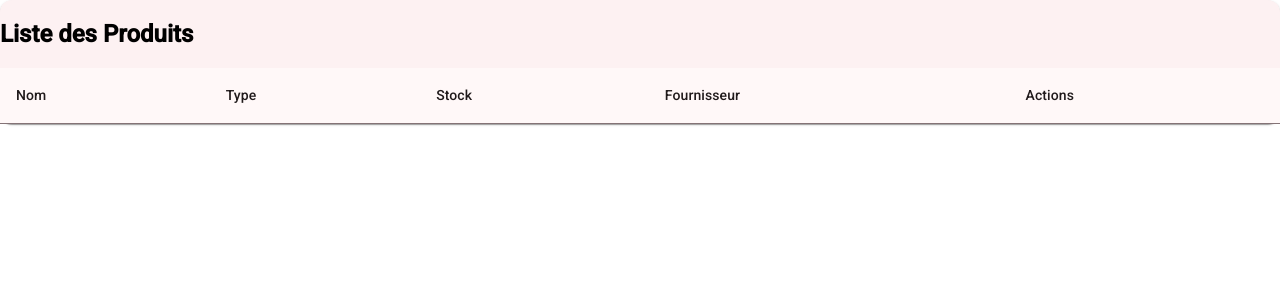
Repository: hadilXattia/Gestion_Production
Page: / (app in frontend-production/)
These files come from the project's save history. The page is drawn as it stood at one moment and after the next save; the edit follows.
The browser window is 1280 px wide. The pictures show the whole page.
The page's requests for data from a server got no answer. The project was rebuilt for these pictures with package versions that can differ from the ones it lists, and the page was loaded fresh each time. No one was signed in, and anything a server would have sent is missing. Also part of the build but not shown: frontend-production/angular.json, frontend-production/src/app/components/produit/ajouter-produit-dialog.component.ts, frontend-production/src/app/components/machine/machine.component.ts, frontend-production/src/app/services/machine.service.ts, frontend-production/src/app/components/technicien/technicien.component.ts, frontend-production/src/app/services/technicien.service.ts, frontend-production/src/app/components/ordre-fabrication/ordre-fabrication.component.ts, frontend-production/src/app/services/ordre-fabrication.service.ts and 2 more.

Above is the page before, as saved 2025-05-09 17:40:17.

### frontend-production/src/index.html
<!doctype html>
<html lang="en">
<head>
  <meta charset="utf-8">
  <title>FrontendProduction</title>
  <base href="/">
  <meta name="viewport" content="width=device-width, initial-scale=1">
  <link rel="icon" type="image/x-icon" href="favicon.ico">
  <link href="https://fonts.googleapis.com/css2?family=Roboto:wght@300;400;500&display=swap" rel="stylesheet">
  <link href="https://fonts.googleapis.com/icon?family=Material+Icons" rel="stylesheet">
</head>
<body class="mat-typography">
  <app-root></app-root>
</body>
</html>

### frontend-production/src/main.ts
import { bootstrapApplication } from '@angular/platform-browser';
import { AppComponent } from './app/app.component';
import { provideHttpClient } from '@angular/common/http';
import { importProvidersFrom } from '@angular/core';
import { FormsModule } from '@angular/forms';
import { provideRouter } from '@angular/router';
import { routes } from './app/app.routes';

bootstrapApplication(AppComponent, {
  providers: [
    provideHttpClient(),
    importProvidersFrom(FormsModule),
    provideRouter(routes)
  ]
});

### frontend-production/src/app/app.component.ts
import { Component } from '@angular/core';
import { RouterOutlet } from '@angular/router';

@Component({
  selector: 'app-root',
  imports: [RouterOutlet],
  templateUrl: './app.component.html',
  styleUrl: './app.component.css'
})
export class AppComponent {
  title = 'frontend-production';
}

### frontend-production/src/app/app.routes.ts
import { Routes } from '@angular/router';
import { ProduitComponent } from './components/produit/produit.component';
import { MachineComponent } from './components/machine/machine.component';
import { TechnicienComponent } from './components/technicien/technicien.component';
import { OrdreFabricationComponent } from './components/ordre-fabrication/ordre-fabrication.component';
import { MaintenanceComponent } from './components/maintenance/maintenance.component';

export const routes: Routes = [
  { path: 'produits', component: ProduitComponent },
  { path: 'machines', component: MachineComponent },
  { path: 'techniciens', component: TechnicienComponent },
  { path: 'ordres', component: OrdreFabricationComponent },
  { path: 'maintenances', component: MaintenanceComponent },
  { path: '', redirectTo: 'produits', pathMatch: 'full' },
  { path: '**', redirectTo: 'produits' }
];

### frontend-production/src/app/components/produit/produit.component.ts
import { Component, OnInit } from '@angular/core';
import { ProduitService } from '../../services/produit.service';
import { HttpClient } from '@angular/common/http';
import { NgFor ,CommonModule} from '@angular/common';
import { FormsModule } from '@angular/forms';
import { MatTableModule } from '@angular/material/table';
import { MatButtonModule } from '@angular/material/button';
import { MatFormFieldModule } from '@angular/material/form-field';
import { MatInputModule } from '@angular/material/input';
import { MatCardModule } from '@angular/material/card';
import { MatIconModule } from '@angular/material/icon';
import { AjouterProduitDialogComponent } from './ajouter-produit-dialog.component';

import { MatDialogModule, MatDialog } from '@angular/material/dialog';
@Component({
  selector: 'app-produit',
  standalone: true,
  imports: [NgFor,CommonModule, FormsModule,MatTableModule,
    MatButtonModule,
    MatFormFieldModule,
    MatDialogModule,
    MatInputModule,
    MatCardModule,
    MatIconModule],
  templateUrl: './produit.component.html',
  styleUrl: './produit.component.css'
})
export class ProduitComponent implements OnInit {
  produits: any[] = [];
  newProduit = {
    nom: '',
    type: '',
    stock: 0,
    fournisseur: ''
  };

constructor(private produitService: ProduitService, private dialog: MatDialog) {}
openAjouterDialog() {
  const dialogRef = this.dialog.open(AjouterProduitDialogComponent);

  dialogRef.afterClosed().subscribe(result => {
    if (result) {
      this.produitService.createProduit(result).subscribe(() => {
        this.loadProduits();
      });
    }
  });
}

  ngOnInit() {
    this.loadProduits();
  }

  loadProduits() {
    this.produitService.getProduits().subscribe(data => {
      this.produits = data;
    });
  }

  addProduit() {
    this.produitService.createProduit(this.newProduit).subscribe(() => {
      this.newProduit = { nom: '', type: '', stock: 0, fournisseur: '' };
      this.loadProduits();
    });
  }

  deleteProduit(id: number) {
    this.produitService.deleteProduit(id).subscribe(() => {
      this.loadProduits();
    });
  }
}

### frontend-production/src/app/components/produit/produit.component.html

<mat-card>
  <h2>Liste des Produits</h2>

  <table mat-table [dataSource]="produits" class="mat-elevation-z8" style="width: 100%;">
    <!-- Nom Column -->
    <ng-container matColumnDef="nom">
      <th mat-header-cell *matHeaderCellDef> Nom </th>
      <td mat-cell *matCellDef="let produit"> {{ produit.nom }} </td>
    </ng-container>

    <!-- Type Column -->
    <ng-container matColumnDef="type">
      <th mat-header-cell *matHeaderCellDef> Type </th>
      <td mat-cell *matCellDef="let produit"> {{ produit.type }} </td>
    </ng-container>

    <!-- Stock Column -->
    <ng-container matColumnDef="stock">
      <th mat-header-cell *matHeaderCellDef> Stock </th>
      <td mat-cell *matCellDef="let produit"> {{ produit.stock }} </td>
    </ng-container>

    <!-- Fournisseur Column -->
    <ng-container matColumnDef="fournisseur">
      <th mat-header-cell *matHeaderCellDef> Fournisseur </th>
      <td mat-cell *matCellDef="let produit"> {{ produit.fournisseur }} </td>
    </ng-container>

    <!-- Actions Column -->
    <ng-container matColumnDef="actions">
      <th mat-header-cell *matHeaderCellDef> Actions </th>
      <td mat-cell *matCellDef="let produit">
        <button mat-raised-button color="warn" (click)="deleteProduit(produit.id)">
          <mat-icon>delete</mat-icon> Supprimer
        </button>
      </td>
    </ng-container>

    <tr mat-header-row *matHeaderRowDef="['nom', 'type', 'stock', 'fournisseur', 'actions']"></tr>
    <tr mat-row *matRowDef="let row; columns: ['nom', 'type', 'stock', 'fournisseur', 'actions'];"></tr>
  </table>
</mat-card>

<!-- <mat-card class="mt-4">
  <h3>Ajouter un Produit</h3>
  <form (ngSubmit)="addProduit()" class="add-form">
    <mat-form-field appearance="outline" class="form-field">
      <mat-label>Nom</mat-label>
      <input matInput [(ngModel)]="newProduit.nom" name="nom" required>
    </mat-form-field>

    <mat-form-field appearance="outline" class="form-field">
      <mat-label>Type</mat-label>
      <input matInput [(ngModel)]="newProduit.type" name="type" required>
    </mat-form-field>

    <mat-form-field appearance="outline" class="form-field">
      <mat-label>Stock</mat-label>
      <input matInput type="number" [(ngModel)]="newProduit.stock" name="stock" required>
    </mat-form-field>

    <mat-form-field appearance="outline" class="form-field">
      <mat-label>Fournisseur</mat-label>
      <input matInput [(ngModel)]="newProduit.fournisseur" name="fournisseur" required>
    </mat-form-field>

    <button mat-raised-button color="primary" type="submit">
      <mat-icon>add</mat-icon> Ajouter
    </button>
  </form>
</mat-card> -->

### frontend-production/src/app/services/produit.service.ts
import { Injectable } from '@angular/core';
import { HttpClient } from '@angular/common/http';
import { Observable } from 'rxjs';

export interface Produit {
  id?: number;
  nom: string;
  type: string;
  stock: number;
  fournisseur: string;
}

@Injectable({
  providedIn: 'root'
})
export class ProduitService {
  private apiUrl = 'http://localhost:8080/api/produits';

  constructor(private http: HttpClient) {}

  getProduits(): Observable<Produit[]> {
    return this.http.get<Produit[]>(this.apiUrl);
  }

  createProduit(produit: Produit): Observable<Produit> {
    return this.http.post<Produit>(this.apiUrl, produit);
  }

  updateProduit(id: number, produit: Produit): Observable<Produit> {
    return this.http.put<Produit>(`${this.apiUrl}/${id}`, produit);
  }

  deleteProduit(id: number): Observable<void> {
    return this.http.delete<void>(`${this.apiUrl}/${id}`);
  }
}

Loaded but not shown: frontend-production/src/styles.css (common file); frontend-production/src/app/app.component.html (common file); frontend-production/src/app/app.component.css (no stored copy; drawn as an empty file); frontend-production/src/app/components/produit/produit.component.css (no stored copy; drawn as an empty file)

After the next save:
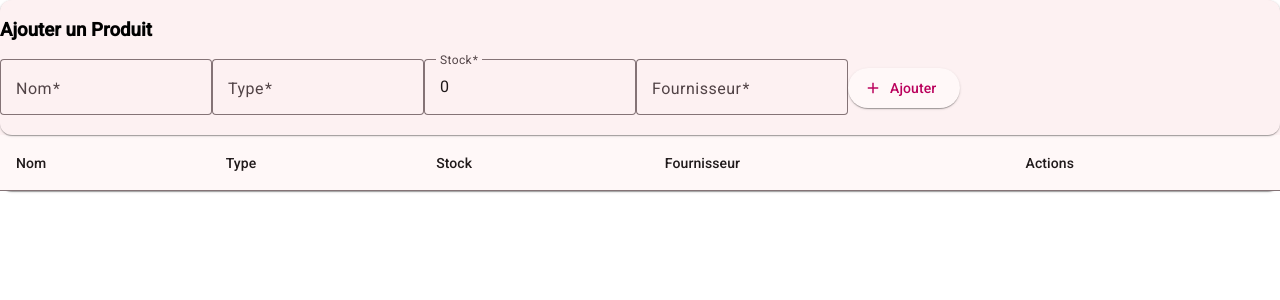
Saved 13 s later.
--- a/frontend-production/src/app/components/produit/produit.component.html
+++ b/frontend-production/src/app/components/produit/produit.component.html
@@ -1,6 +1,33 @@
 
 <mat-card>
-  <h2>Liste des Produits</h2>
+ <mat-card class="mt-4">
+  <h3>Ajouter un Produit</h3>
+  <form (ngSubmit)="addProduit()" class="add-form">
+    <mat-form-field appearance="outline" class="form-field">
+      <mat-label>Nom</mat-label>
+      <input matInput [(ngModel)]="newProduit.nom" name="nom" required>
+    </mat-form-field>
+
+    <mat-form-field appearance="outline" class="form-field">
+      <mat-label>Type</mat-label>
+      <input matInput [(ngModel)]="newProduit.type" name="type" required>
+    </mat-form-field>
+
+    <mat-form-field appearance="outline" class="form-field">
+      <mat-label>Stock</mat-label>
+      <input matInput type="number" [(ngModel)]="newProduit.stock" name="stock" required>
+    </mat-form-field>
+
+    <mat-form-field appearance="outline" class="form-field">
+      <mat-label>Fournisseur</mat-label>
+      <input matInput [(ngModel)]="newProduit.fournisseur" name="fournisseur" required>
+    </mat-form-field>
+
+    <button mat-raised-button color="primary" type="submit">
+      <mat-icon>add</mat-icon> Ajouter
+    </button>
+  </form>
+</mat-card>
 
   <table mat-table [dataSource]="produits" class="mat-elevation-z8" style="width: 100%;">
     <!-- Nom Column -->
